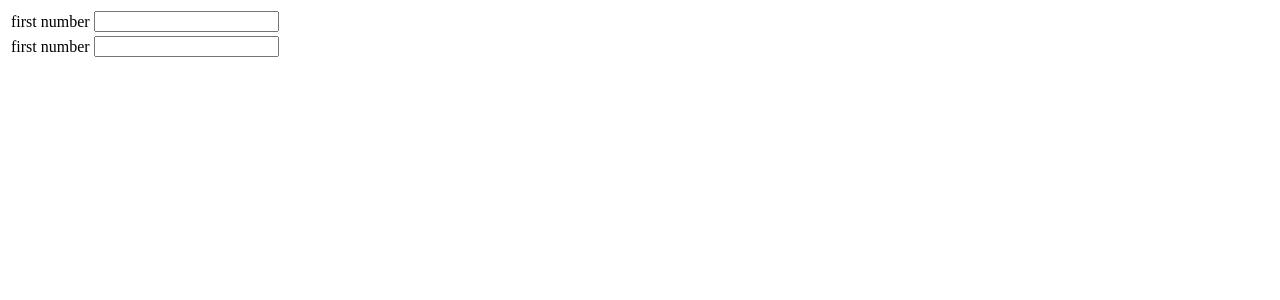
Repository: Aishwarya6362/J2EE
Page: Addition/src/main/webapp/index.html
These files come from the project's save history. The page is drawn as it stood at one moment and after the next save; the edit follows.
The browser window is 1280 px wide. The pictures show the whole page.

Above is the page before, as saved 2024-10-09 10:06:20.

After the next save:
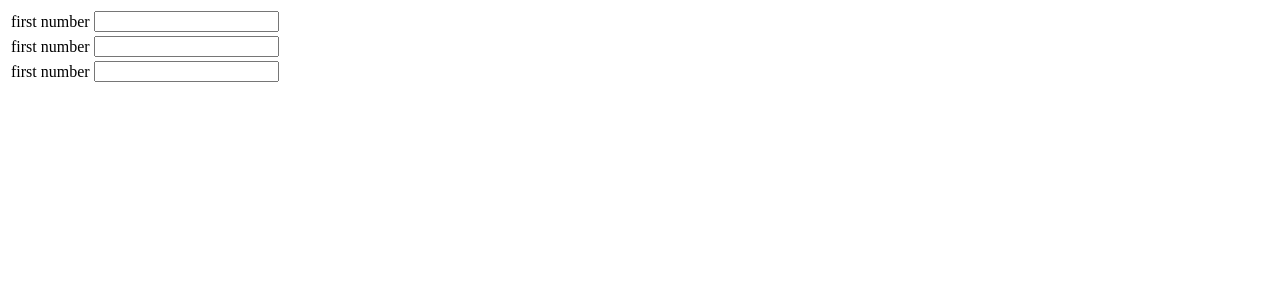
Saved 5 s later.
--- a/Addition/src/main/webapp/index.html
+++ b/Addition/src/main/webapp/index.html
@@ -15,6 +15,10 @@
 		<td>first number</td>
 		<td><input type="text" name="firstNumber"/></td>
 		</tr>
+		<tr>
+		<td>first number</td>
+		<td><input type="text" name="firstNumber"/></td>
+		</tr>
 	</form>
 </table>
 </body>
